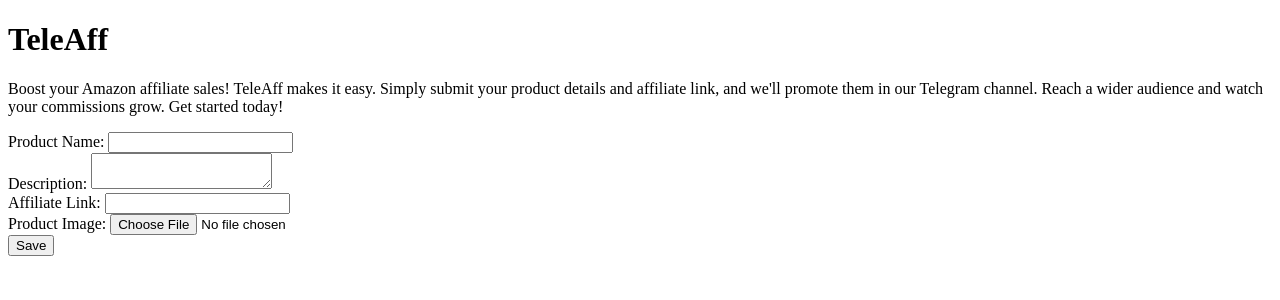
Repository: Natnael12119/TeleAff
Page: views/productForm.html
An editor plug-in stored every save of this project. The page is shown before and after the next save, followed by the edit.
The browser window is 1280 px wide. The pictures show the whole page.

Above is the page before, as saved 2024-04-18 17:53:18.

After the next save:
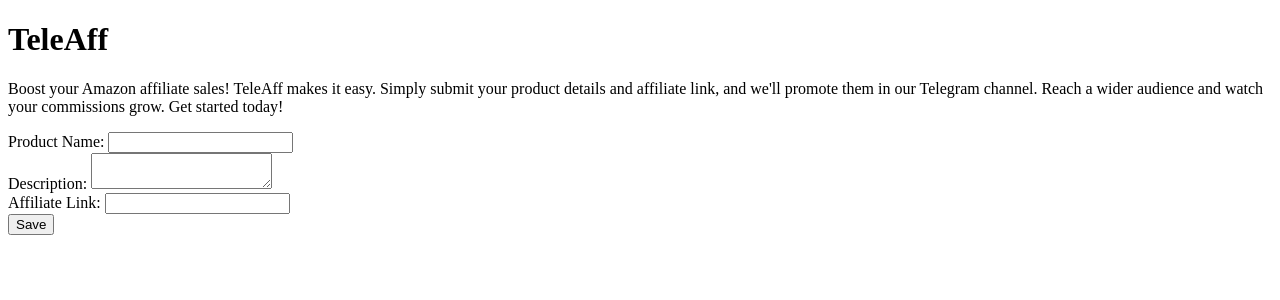
Saved 22 s later.
--- a/views/productForm.html
+++ b/views/productForm.html
@@ -23,11 +23,6 @@
                 <input type="text" id="affiliateLink" name="affiliateLink" class="form-control">
             </div>
 
-            <div class="form-group">
-                <label for="productImage">Product Image:</label>
-                <input type="file" id="productImage" name="productImage" class="form-control">
-            </div>
-
             <button type="submit" class="btn">Save</button>
         </form>
 

After the save that followed:
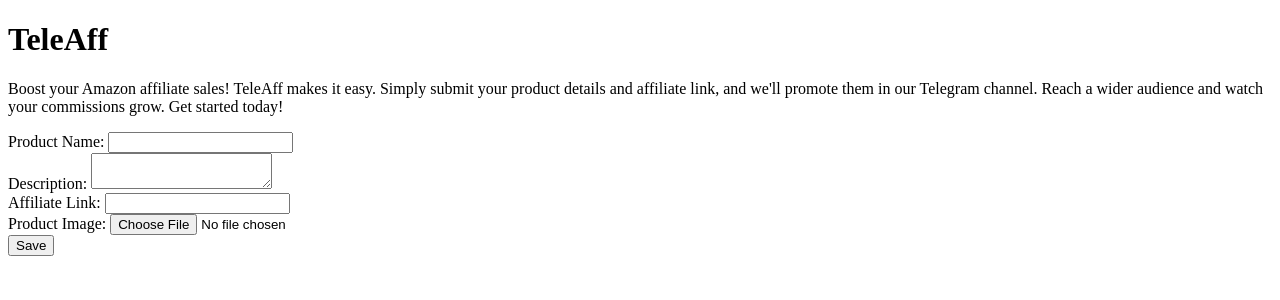
Saved 3 min 48 s later.
--- a/views/productForm.html
+++ b/views/productForm.html
@@ -23,6 +23,11 @@
                 <input type="text" id="affiliateLink" name="affiliateLink" class="form-control">
             </div>
 
+            <div class="form-group">
+                <label for="productImage">Product Image:</label>
+                <input type="file" id="productImage" name="productImage" class="form-control">
+            </div>
+
             <button type="submit" class="btn">Save</button>
         </form>
 
